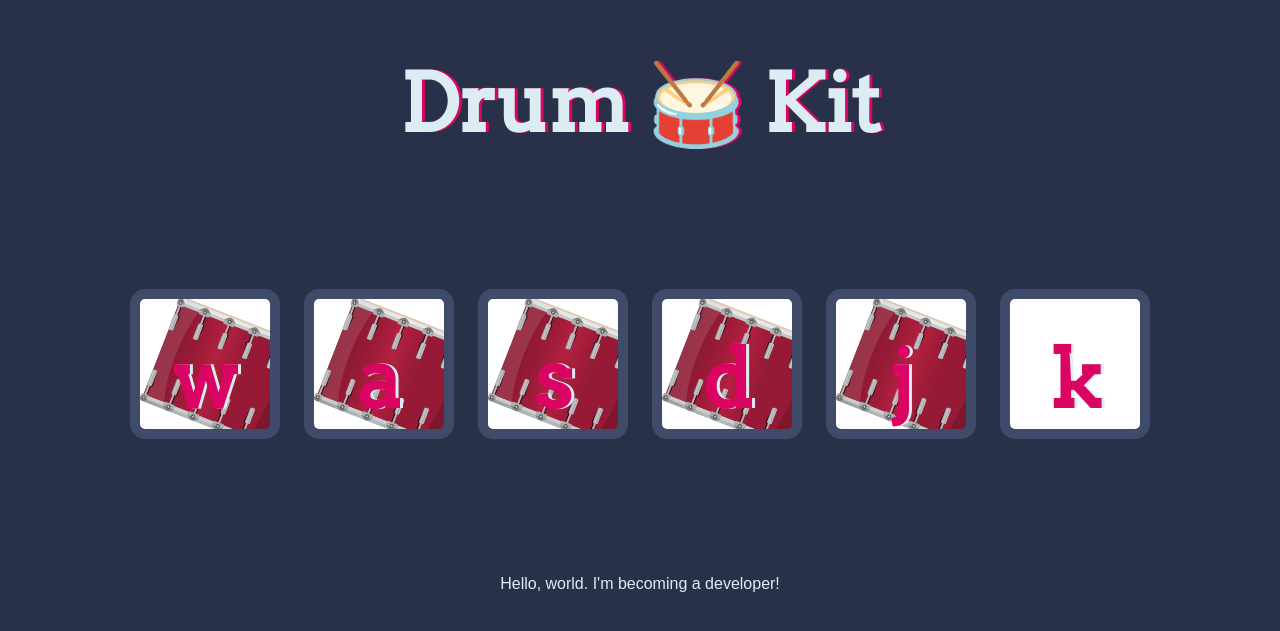
Repository: doncsar/yu-frontend-bootcamp
Page: 17-drumkit/index.html
These files come from the project's save history. The page is drawn as it stood at one moment and after a run of saves; the edit follows.
The browser window is 1280 px wide. The pictures show the whole page.

Above is the page before, as saved 2024-01-27 19:25:17.

After the next 2 saves:
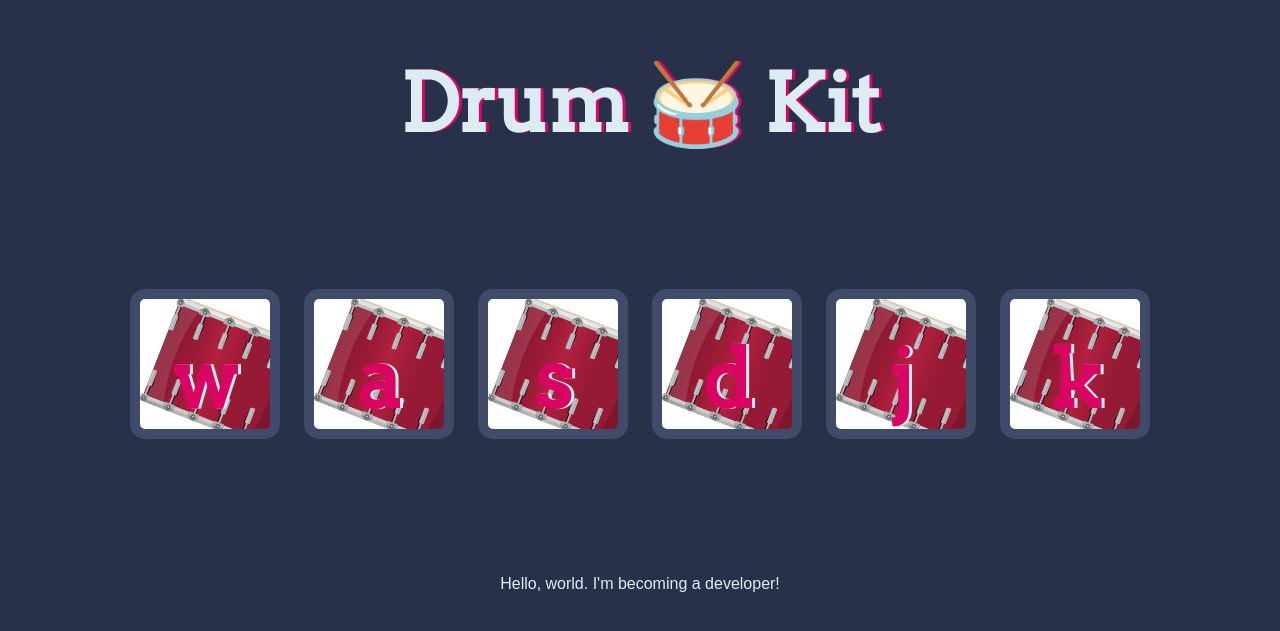
The 2 saves are shown as one change because they came seconds apart.
The last was saved 6 s later.
--- a/17-drumkit/style.css
+++ b/17-drumkit/style.css
@@ -37,11 +37,11 @@ background-image: url('./resources/images/tom1.png');
 }
 
 .k {
-
+background-image: url('./resources/images/tom1.png');
 }
 
 .l {
-
+background-image: url('./resources/images/tom1.png');
 }
 
 .set {
